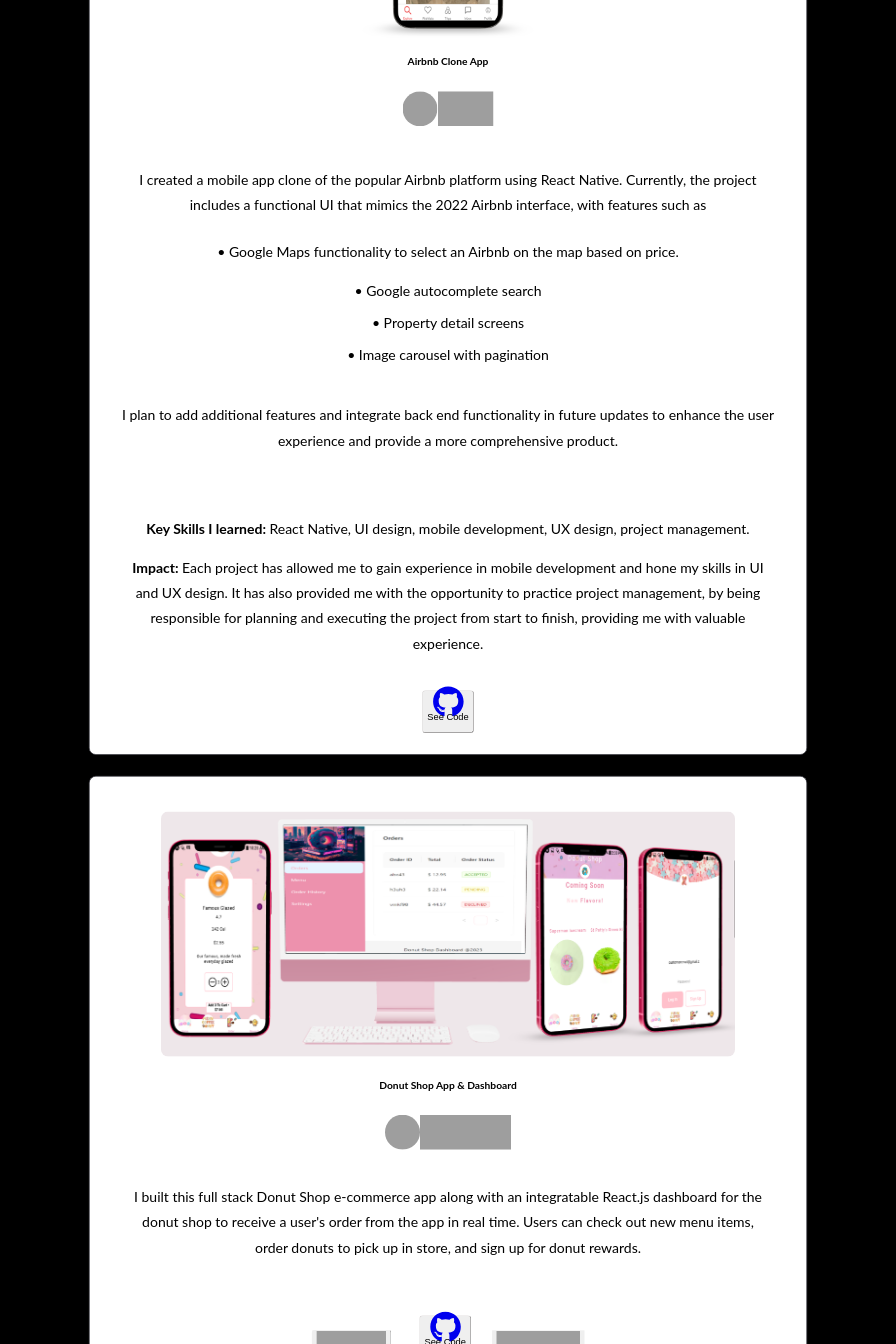
Repository: JamesPesenti/portfolio
Page: /
The author's editor kept a copy of each file at every save. The page is drawn from the files as they stood at one save, then again after the next save.
The browser window is 1280 px wide. The pictures show the part of the page from y = 1849 to 3769 px (the page is 6929 px tall), at 70% of full size.
Pictures or frames that could not be fetched are drawn as grey boxes. The project was rebuilt for these pictures with package versions that can differ from the ones it lists, and the page was loaded fresh each time. Imported but missing from the stored project, and not drawn on this page: src/Components/James Pesenti Resume 2023.pdf.

Above is the page before, as saved 2023-05-06 09:42:53.

### public/index.html
<!DOCTYPE html>
<html lang="en">
  <head>
    <meta charset="utf-8" />
    <link rel="" href="" />
    <meta name="viewport" content="width=device-width, initial-scale=1" />
    <meta name="theme-color" content="#000000" />
    <meta name="description" content="James Pesenti Portfolio 2022" />
    <link rel="apple-touch-icon" href="" />
    <link rel="manifest" href="%PUBLIC_URL%/manifest.json" />

    <title>Portfolio 2023</title>

  </head>
  <body>
    <div id="root"></div>
  </body>
</html>

### src/Components/Navbar.jsx
import React, {Component} from 'react'
import { FaGithub } from "react-icons/fa";
import { FaEnvelope } from "react-icons/fa";
import { FaFile } from "react-icons/fa";
import Pdf from "../Components/James Pesenti Resume 2023.pdf"


const Navbar = () => {
  return (
    <>
          <div className="navbar flex">
            <div className="container">
                <nav>
                  <ul style={{textAlign: "center", marginTop: 70, position: 'relative', left: 0, top: -2}}>
                    <li>
                      <a className="App-link"  href="mailto:jamespesenti91@gmail.com" target="_blank" rel="noopener noreferrer">
                      <FaEnvelope size={35} style={{display: "flex", textAlign: "center", marginLeft: 10}}/>
                          Contact
                      </a>
                    </li>
                    <li>
                      <a className="App-link" href="https://github.com/JamesPesenti" target="_blank" rel="noopener noreferrer">
                        <FaGithub size={35} style={{display: "flex", textAlign: "center", marginLeft: 10}} />
                        GitHub
                      </a>
                    </li>
                    <li>
                      <a className="App-link" href={Pdf} target="_blank" rel="noopener noreferrer">
                        <FaFile size={35} style={{display: "flex", textAlign: "center", marginLeft: 10}} />
                        Resume
                      </a>
                    </li>
                  </ul>
                </nav>
                {/* <h4 style={{color: "white", textAlign: 'center', marginBottom:-440}}>
                  See my work below and send a message to get in touch
                </h4> */}
            </div>
          </div>
    </>
  )
}

export default Navbar

### src/Components/AboutMe.jsx
import React from 'react'
import { FontAwesomeIcon } from '@fortawesome/react-fontawesome'
import { FaGithub } from "react-icons/fa";
import { FaMapPin } from "react-icons/fa";

const AboutMe = () => {
  return (
    <>

        <div style={{justifyContent: "center", textAlign: "center", color: "white", padding: 50,}}>
            {/* Spinning image  */}
            {/* <img style={{padding: 10, borderRadius: "50%", width: 200, height: 200,}} src="/images/IMG_1619.jpg" className="App-logo" alt="logo" /> */}
            <img style={{padding: 10, borderRadius: "50%", width: 200, height: 200,}} src="/images/IMG_1619.jpg" alt="logo" />
            <h1>I'm James Pesenti</h1>
            <h2>a Software Developer building mobile apps and websites</h2>
              <FaMapPin size={20} style={{position: "relative", top: 5, right: 65, }} />
              <h3 style={{marginTop: -24}}> Chicago, IL</h3>
        </div>

</>
  )
}

export default AboutMe

### src/Components/Scroll.jsx
import React from 'react'
import '../CSS/App.css';


const Scroll = () => {

  return (
    <>

        <div style={{marginBottom: 400, justifyContnent: 'center'}} id="section09" class="demo">
          <a href="#parallaxContainer">
            <span></span>
            Scroll down to see my work
          </a>
        </div>

    </>
  )
}

export default Scroll

### src/Components/MyProjects.jsx
import UberGoogleButton from "../Components/UberGoogleButton"
import AstonGoogleButton from "./AstonGoogleButton"
import AstonAppleButton from "./AstonAppleButton"
import BarceGoogleButton from "../Components/BarceGoogleButton"
import BarceAppleButton from "./BarceAppleButton"
import { FaGithub } from "react-icons/fa";

const MyProjects = () => {
  return (

  <>
    <div id="parallaxContainer">

    {/* Airbnb Clone */}
    <div style={{ justifyContent: 'center', alignItems: 'center',  width: "80%", borderRadius: 10}} className="box">
            <div>
                <img style={{ borderRadius: 10, marginTop: 50, marginBottom: -35, width: "48%", height: 350, transition: ".7s", }} src="images/mockrocket-capture (11).png" />
            </div>
            <h4 style={{textAlign: 'center'}}>Airbnb Clone App</h4>
                <div style={{flexDirection: "row", padding: 10, borderRadius: 10, marginBottom: -40,}}>
                  <img style={{width: 50, height: 50, borderRadius: 50}} src="https://i.pinimg.com/originals/8a/02/1a/8a021aa097236b42dd71fb731e3d894d.gif"/>
                  <img style={{width: 80, height: 50, }} src="https://www.datocms-assets.com/45470/1631026680-logo-react-native.png"  />
                  {/* <img style={{width: 50, height: 50, }} src="https://pbs.twimg.com/profile_images/1114309924551417856/FKA4cm2x_400x400.png"  /> */}
                </div>
            <p style={{fontSize: 20, textAlign: 'center', padding: 60, marginBottom: -50}}>I created a mobile app clone of the popular Airbnb platform using React Native. Currently, the project includes a functional UI that mimics the 2022 Airbnb interface, with features such as</p>
            <p style={{fontSize: 20, padding: 0}}> &#8226; Google Maps functionality to select an Airbnb on the map based on price.</p>
            <p style={{fontSize: 20, padding: 0, marginBottom: -10}}>&#8226; Google autocomplete search</p>
            <p style={{fontSize: 20, padding: 0, marginBottom: -10}}>&#8226; Property detail screens</p>
            <p style={{fontSize: 20,  padding: 0, marginBottom: -10}}>&#8226; Image carousel with pagination</p>
            <p style={{fontSize: 20, textAlign: 'center', padding: 40}}>I plan to add additional features and integrate back end functionality in future updates to enhance the user experience and provide a more comprehensive product.</p>
            <p style={{fontSize: 20, textAlign: 'center', padding: 30, marginBottom: -80}}><b> Key Skills I learned: </b>React Native, UI design, mobile development, UX design, project management.</p>
            <p style={{fontSize: 20, textAlign: 'center', padding: 50}}><b> Impact: </b> Each project has allowed me to gain experience in mobile development and hone my skills in UI and UX design. It has also provided me with the opportunity to practice project management, by being responsible for planning and executing the project from start to finish, providing me with valuable experience.</p>

            <div style={{flexDirection: "row"}}>
                {/* <UberGoogleButton  /> */}
                <button style={{marginTop: 10}} type="button" className="codeButton">
                  <a href="https://github.com/JamesPesenti/Airbnb" target="_blank" rel="noopener noreferrer">
                    <FaGithub  size={45} style={{ marginTop: -80, marginBottom: -25, justifyContent: "center", textAlign: "center"}} />
                  </a>
                  <p>See Code</p>
                </button>
                {/* <AstonAppleButton  /> */}
            </div>

        </div>


     {/* Donut Shop App */}
     <div style={{marginTop: 30, marginBottom: 20, justifyContent: 'center', alignItems: 'center',  width: "80%", borderRadius: 10}} className="box">
            <div>
                <img style={{ borderRadius: 10, marginTop: 50, width: "80%", height: 350, transition: ".7s", }} src="/images/appAndDashMock.png" />
            </div>
            <h4 style={{textAlign: 'center'}}>Donut Shop App & Dashboard</h4>
                <div style={{flexDirection: "row", padding: 10, borderRadius: 10, marginBottom: -40,}}>
                  <img style={{width: 50, height: 50, borderRadius: 50}} src="https://i.pinimg.com/originals/8a/02/1a/8a021aa097236b42dd71fb731e3d894d.gif"/>
                  <img style={{width: 80, height: 50, }} src="https://www.datocms-assets.com/45470/1631026680-logo-react-native.png"  />
                  <img style={{width: 50, height: 50, }} src="https://pbs.twimg.com/profile_images/1114309924551417856/FKA4cm2x_400x400.png"  />
                </div>
            <p style={{fontSize: 20,textAlign: 'center', padding: 50}}>I built this full stack Donut Shop e-commerce app along with an integratable React.js dashboard for the donut shop to receive a user's order from the app in real time. Users can check out new menu items, order donuts to pick up in store, and sign up for donut rewards.</p>

            <div style={{flexDirection: "row"}}>
                <UberGoogleButton  />
                <button style={{marginTop: 40}} type="button" className="codeButton">
                  <a href="https://github.com/JamesPesenti/Donut_Shop" target="_blank" rel="noopener noreferrer">
                    <FaGithub  size={45} style={{ marginTop: -80, marginBottom: -25, justifyContent: "center", textAlign: "center"}} />
                  </a>
                  <p>See Code</p>
                </button>
                <AstonAppleButton  />
            </div>

        </div>


    {/* Uber Eats App */}
    <div style={{marginTop: 80, marginBottom: 60, justifyContent: 'center', alignItems: 'center',  width: "80%", borderRadius: 10}} className="box">
            <div className="imgWrapper" style={{width: 480, height: 350}}>
                <img style={{ borderRadius: 5, marginTop: 50, width: "100%", height: 300, transition: ".7s", }} src="/images/UberEatsLast.png" />
            </div>
            <h4 style={{textAlign: 'center'}}>Uber Eats Clone App</h4>
                <div style={{flexDirection: "row", padding: 10, borderRadius: 10, marginBottom: -40,}}>
                  <img style={{width: 50, height: 50, borderRadius: 50}} src="https://i.pinimg.com/originals/8a/02/1a/8a021aa097236b42dd71fb731e3d894d.gif"/>
                  <img style={{width: 80, height: 50, }} src="https://www.datocms-assets.com/45470/1631026680-logo-react-native.png"  />
                  <img style={{width: 50, height: 50, }} src="https://pbs.twimg.com/profile_images/1114309924551417856/FKA4cm2x_400x400.png" />
                </div>
            <p style={{fontSize: 20,textAlign: 'center', padding: 50}}>A full stack React Native app inspired by the UberEats user app. I utilized AWS Amplify's datastore to configure the back end to query and save customer's orders and used Amazon Cognito for user registration, authentication, & account recovery.</p>

            <div style={{flexDirection: "row"}}>
                <UberGoogleButton  />
                <button style={{marginTop: 40}} type="button" className="codeButton">
                  <a href="https://github.com/JamesPesenti/UberEatsClone" target="_blank" rel="noopener noreferrer">
                    <FaGithub  size={45} style={{ marginTop: -80, marginBottom: -20, justifyContent: "center", textAlign: "center"}} />
                  </a>
                  <p>See Code</p>
                </button>
                <AstonAppleButton  />
            </div>

        </div>


     {/* Aston Waikiki App */}
       <div style={{marginTop: 80, marginBottom: 120, justifyContent: 'center', alignItems: 'center',  width: "80%", borderRadius: 10}} className="box">
            <div className="imgWrapper" style={{width: 450, height: 350}}>
                <img style={{ marginTop: 50, width: "100%", height: "auto", transition: ".7s", }} src="/images/astonmock.png" />
            </div>
            <h4 style={{textAlign: 'center'}}>Aston Waikiki Hotel UI</h4>
                <div style={{flexDirection: "row", padding: 10, borderRadius: 10, marginBottom: -40,}}>
                  <img style={{width: 50, height: 50, borderRadius: 50}} src="https://i.pinimg.com/originals/8a/02/1a/8a021aa097236b42dd71fb731e3d894d.gif"/>
                  <img style={{width: 80, height: 50, }} src="https://www.datocms-assets.com/45470/1631026680-logo-react-native.png"  />
                </div>
            <p style={{fontSize: 20,textAlign: 'center', padding: 50}}>A React Native UI design I created to reimagine the hotel Aston Waikiki Beach's website into a cross platform mobile app. I used most of the content and images from the current website and utilized both Bottom Tabs, Drawer navigation and other React Native libraries for a better user experience.</p>

            <div style={{flexDirection: "row"}}>
                <AstonGoogleButton  />
                <button style={{marginTop: 40}} type="button" className="codeButton">
                        <a href="https://github.com/JamesPesenti/AstonWaikikiBeachApp" target="_blank" rel="noopener noreferrer">
                            <FaGithub  size={45} style={{ marginTop: -80, marginBottom: -20, justifyContent: "center", textAlign: "center"}} />
                        </a>
                        <p>See Code</p>
                </button>
                <AstonAppleButton  />
            </div>

        </div>


    {/* Barcelona App */}
       <div style={{marginTop: 20, marginBottom: 120, justifyContent: 'center', alignItems: 'center',  width: "80%", borderRadius: 10}} className="box">
            <div className="imgWrapper" style={{width: 650, height: 300}}>
                <img style={{ marginTop: 30, width: "100%", height: 250, transition: ".7s", }} src="/images/barcelonamockup.png" />
            </div>
            <h4 style={{textAlign: 'center'}}>Barcelona Tourist App</h4>
                <div style={{flexDirection: "row", padding: 10, borderRadius: 10, marginBottom: -20,}}>
                <img style={{width: 80, height: 50,}} src="https://www.datocms-assets.com/45470/1631026680-logo-react-native.png"  />
                <img style={{width: 50, height: 50, borderRadius: 50}} src="https://i.pinimg.com/originals/8a/02/1a/8a021aa097236b42dd71fb731e3d894d.gif"/>
                </div>
            <p style={{fontSize: 20, textAlign: 'center', padding: 50}}>I created this React Native app for visitors of Barcelona Spain to save pictures and locations of their favorite places. I used pop-up modals for users to quickly get information on popular sights and used geolocation with google maps so users can save their location and select it on the map.</p>

            <div style={{flexDirection: "row"}}>
               <BarceAppleButton  />
                <button style={{marginTop: 40}} type="button" className="codeButton">
                        <a href="https://github.com/JamesPesenti/BarcelonaApp" target="_blank" rel="noopener noreferrer">
                            <FaGithub  size={45} style={{ marginTop: -80, marginBottom: -20, justifyContent: "center", textAlign: "center"}} />
                        </a>
                        <p>See Code</p>
                </button>
                <BarceGoogleButton  />
            </div>

        </div>

    {/* IAR React App */}
        {/* <div style={{marginBottom: 0, justifyContent: 'center', alignItems: 'center',  width: "80%", borderRadius: 10}} className="box">
            <img style={{ width: 600, height: 350, borderRadius: 10, borderWidth: 2, borderColor: "green"}} src="/images/innermock.png" />
            <h4 style={{textAlign: 'center'}}>Inner Aura Readings Website</h4>
            <div style={{flexDirection: "row", padding: 10, borderRadius: 10}}>
                <img src="https://www.logo.wine/a/logo/React_(web_framework)/React_(web_framework)-Logo.wine.svg" style={{width: 100, height: 50,}} />
                <img className="logoBox" src="https://cdn.pixabay.com/photo/2017/08/05/11/16/logo-2582747_1280.png" style={{width: 50, height: 50,}} />
            </div>
            <p style={{fontSize: 20, textAlign: 'center', padding: 50}}>This was the first official React.js web app that I developed. I made it for a friend who wanted to reach more customers with a mobile friendly website. I made multiple iterations and converted it into a PWA for offline operability with native like performance. </p>
            <button style={{marginTop: 0}} type="button" className="codeButton">
                        <a href="https://github.com/JamesPesenti/InnerAuraReadings2022" target="_blank" rel="noopener noreferrer">
                            <FaGithub  size={45} style={{ marginTop: -80, marginBottom: -20, justifyContent: "center", textAlign: "center"}} />
                        </a>
                        <p>See Code</p>
            </button>

        </div> */}


{/* REapp */}
        {/* <div style={{marginBottom: 100, justifyContent: 'center', alignItems: 'center',  width: "80%", borderRadius: 10,}} className="box">
        <img style={{marginTop: 50, width: 800, height: 350, borderRadius: 10, borderWidth: 2, borderColor: "green"}} src="/images/remockup.png" />
            <h4 style={{textAlign: 'center'}}>Real Estate Listing Website </h4>
            <div style={{flexDirection: "row", padding: 10, borderRadius: 10}}>
                <img src="https://www.logo.wine/a/logo/React_(web_framework)/React_(web_framework)-Logo.wine.svg" style={{width: 100, height: 50,}} />
                <img src="https://img.icons8.com/color/480/cloud-firestore.png" style={{width: 50, height: 50,}} />
                <img src="https://raw.githubusercontent.com/JamesPesenti/RealEstateApp/16b046b3d34b4a26468627e906dc503be8911b73/src/assets/svg/googleIcon.svg" style={{marginBottom: 8, width: 100, height: 30,}} />
            </div>
            <p style={{fontSize: 20, textAlign: 'center', padding: 50}}>Real Estate listing website built with React, FireStore database and Google OAuth to sign in with a google account. You can search listings for rent/sale and login to your account to create a listing and save offers. Inspiration and back-end code taken from Brad Traversey's React course I took on Udemy.</p>
            <button style={{marginTop: 40}} type="button" className="codeButton">
                        <a href="https://github.com/JamesPesenti/RealEstateApp" target="_blank" rel="noopener noreferrer">
                            <FaGithub  size={45} style={{ marginTop: -80, marginBottom: -20, justifyContent: "center", textAlign: "center"}} />
                        </a>
                        <p>See Code</p>
            </button>
        </div> */}

    </div>


    </>
  )
}

export default MyProjects

### src/Components/UberGoogleButton.jsx
import React from 'react'


const UberGoogleButton = () => {
  return (
    <>
    <button type="button" style={{marginRight: 40, borderWidth: .1, borderColor: '#efefef', borderRadius: 5}}>
        <a href="https://expo.dev/accounts/jimpesenti/projects/UberEats/builds/b9dfcb73-dd37-4009-b5f9-7d24a72b937d">
            <img style={{width: 100, height: 50, borderRadius: 0}} src="https://logos-world.net/wp-content/uploads/2020/12/Google-Play-Logo-500x281.png"/>
        </a>
    </button>
    </>
  )
}

export default UberGoogleButton

### src/Components/AstonGoogleButton.jsx
import React from 'react'


const AstonGoogleButton = () => {
  return (
    <>
    <button type="button" style={{marginRight: 40, borderWidth: .1, borderColor: '#efefef', borderRadius: 5}}>
        <a href="https://play.google.com/store/apps/details?id=com.jamespesenti91.astonwaikikibeach">
            <img style={{width: 100, height: 50, borderRadius: 0}} src="https://logos-world.net/wp-content/uploads/2020/12/Google-Play-Logo-500x281.png"/>
        </a>
    </button>
    </>
  )
}

export default AstonGoogleButton

### src/Components/AstonAppleButton.jsx
import React from 'react'

const AstonAppleButton = () => {
  return (
    <>
    <button type="submit" style={{marginLeft: 30, borderWidth: 0,}}  >
        <a href="">
            <img style={{width: 120, height: 50, borderRadius: 0}} src="https://images.squarespace-cdn.com/content/v1/5b549a7f3c3a53487c250f58/1597439116255-P7ME5MNOIWQLJS1X4CPP/Apple+App+Store+Logo+Button.png"/>
        </a>
    </button>
    </>
  )
}

export default AstonAppleButton

### src/Components/BarceGoogleButton.jsx
import React from 'react'


const BarceGoogleButton = () => {
  return (
    <>
    <button type="button" style={{marginLeft: 30, borderWidth: .1, borderColor: '#efefef', borderRadius: 5}}>
        <a href="https://play.google.com/store/apps/details?id=com.jamespesenti91.VisitBarcelona">
            <img style={{width: 100, height: 50, borderRadius: 0}} src="https://logos-world.net/wp-content/uploads/2020/12/Google-Play-Logo-500x281.png" alt="barceButton"/>
        </a>
    </button>
    </>
  )
}

export default BarceGoogleButton

### src/Components/BarceAppleButton.jsx
import React from 'react'

const BarceAppleButton = () => {
  return (
    <>
    <button type="submit" style={{marginRight: 30, borderWidth: 0,}}  >
        <a href="">
            <img style={{width: 120, height: 50, borderRadius: 0}} src="https://images.squarespace-cdn.com/content/v1/5b549a7f3c3a53487c250f58/1597439116255-P7ME5MNOIWQLJS1X4CPP/Apple+App+Store+Logo+Button.png"/>
        </a>
    </button>
    </>
  )
}

export default BarceAppleButton

Loaded but not shown: src/index.js (common file); src/reportWebVitals.js (common file); src/serviceWorkerRegistration.js (137 lines, source omitted); src/App.js (33 lines, source omitted); src/CSS/App.css (351 lines, source omitted); src/CSS/index.css (197 lines, source omitted)

After the next save:
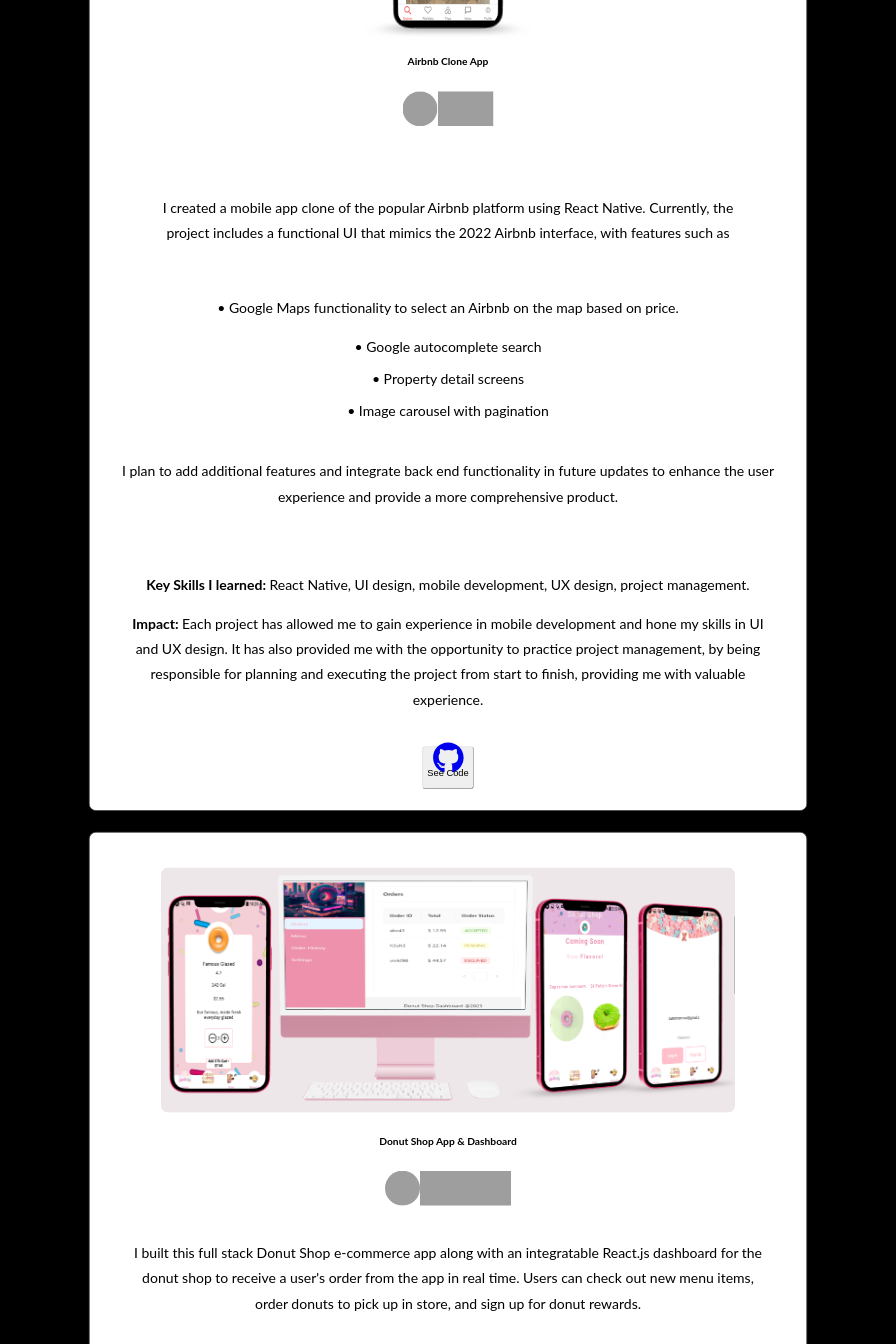
Saved 9 s later.
--- a/src/Components/MyProjects.jsx
+++ b/src/Components/MyProjects.jsx
@@ -22,7 +22,7 @@
                   <img style={{width: 80, height: 50, }} src="https://www.datocms-assets.com/45470/1631026680-logo-react-native.png"  />
                   {/* <img style={{width: 50, height: 50, }} src="https://pbs.twimg.com/profile_images/1114309924551417856/FKA4cm2x_400x400.png"  /> */}
                 </div>
-            <p style={{fontSize: 20, textAlign: 'center', padding: 60, marginBottom: -50}}>I created a mobile app clone of the popular Airbnb platform using React Native. Currently, the project includes a functional UI that mimics the 2022 Airbnb interface, with features such as</p>
+            <p style={{fontSize: 20, textAlign: 'center', padding: 100, marginBottom: -50}}>I created a mobile app clone of the popular Airbnb platform using React Native. Currently, the project includes a functional UI that mimics the 2022 Airbnb interface, with features such as</p>
             <p style={{fontSize: 20, padding: 0}}> &#8226; Google Maps functionality to select an Airbnb on the map based on price.</p>
             <p style={{fontSize: 20, padding: 0, marginBottom: -10}}>&#8226; Google autocomplete search</p>
             <p style={{fontSize: 20, padding: 0, marginBottom: -10}}>&#8226; Property detail screens</p>
